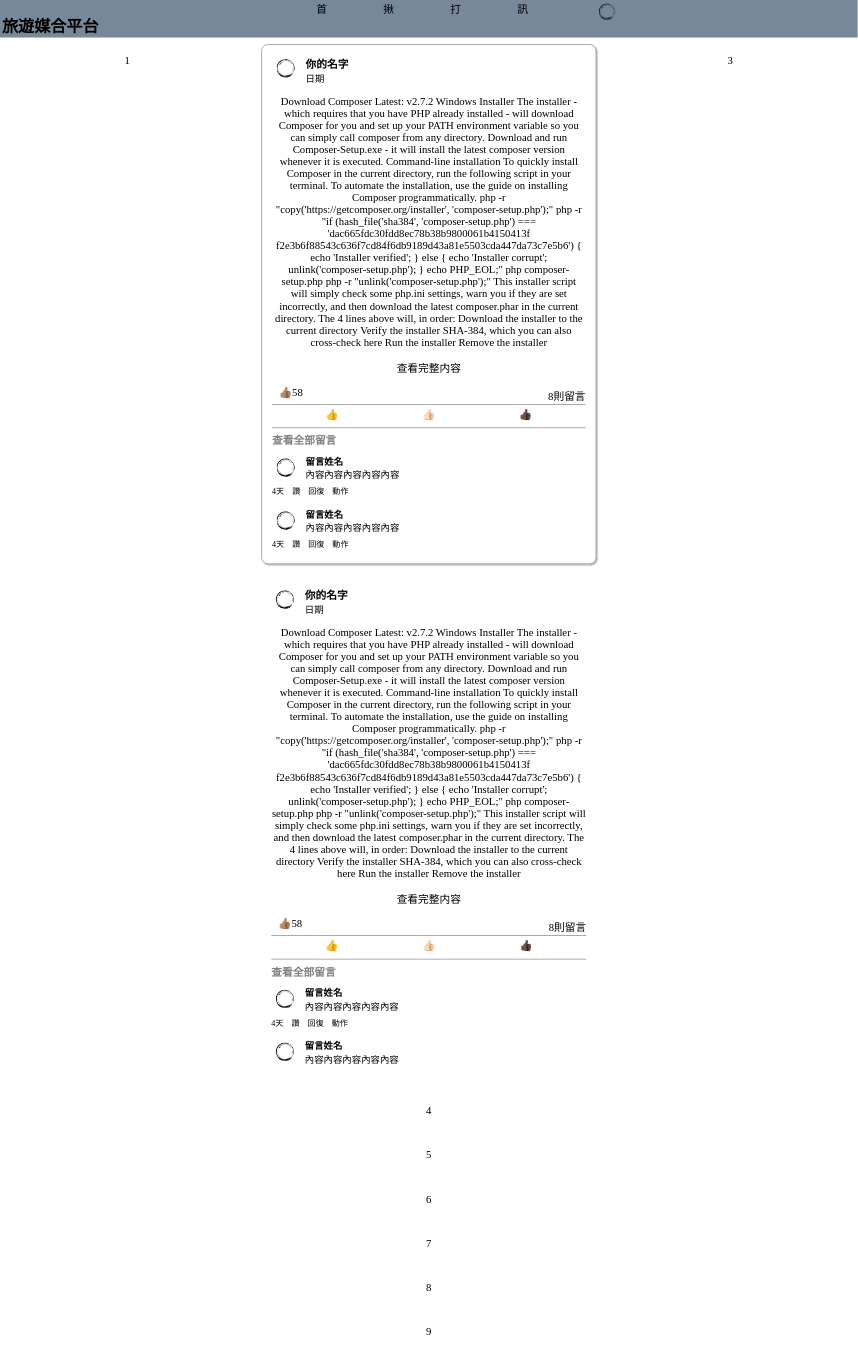
Repository: yuchiyang123/index_view
Page: http://localhost/
These files come from the project's save history. The page is drawn as it stood at one moment and after the next save; the edit follows.
The browser window is 1280 px wide. The pictures show the whole page, at 67% of full size.
The page is run by PHP 8.4 with error messages shown; the project is at /var/www/html/.

Above is the page before, as saved 2024-03-27 17:57:59.

### index.php
<style>

body {
    display: block;
    margin: 0; /* 设置 margin 为 0 */
}
.grid-container {

  display: grid;
  grid-template-columns: auto 500px auto;
  grid-template-rows:auto;
  grid-gap: 10px;
  grid-template-areas:
    "A B C";

}

.grid-item {
    padding: 15px;
    text-align: center;

}
.cut{
    border: 1px solid gray;
    border-radius: 10px;
    box-shadow: 2px 2px 2px rgba(0, 0, 0, 0.3);
}
.first{
    grid-area: A;
    min-height: 800px;
}
.end{
    grid-area: C;
}
.mid{
    grid-area: B;

    grid-gap: 10px;
}
.limt{
    min-height: 350px;
}
.inner-grid {
    display: inline-grid;
    width: 30%;
    transition: background-color 0.3s;
    padding-top: 5px;
    padding-bottom: 10px;
    text-align: center;
}
.inner-grid:hover {
    background-color: rgba(128, 128, 128, 0.4);
}
.line{
    border-top: 1px solid gray;
    border-bottom: 1px solid gray;
}
.respond{

    padding-bottom: 8px;
    text-align: left;
    padding-left:10px;
}
.respond > div {
    display: inline-block;
}
.message{
    text-align: right;
}
.respond, .message {
    display: inline-block;
}
.container {
    display: flex;
    justify-content: space-between;
    align-items: center;
}

.popup {
    display: none;
    position: fixed;
    top: 50%;
    left: 50%;
    transform: translate(-50%, -50%);
    width: 500px;
    padding: 20px;
    background-color: #fff;
    z-index: 9998;
    max-width: 500px;
    max-height: 800px;
    overflow-y: auto;

}

.trigger a {
    cursor: pointer;
}

.blur-background {
    filter: blur(0px);
}
.box{

}
.imgsize{
    width: 40px;
    height: auto;

}

.image-container {
    float: left;
    margin-right: 10px;
}

.text-container {
    overflow: hidden;
}
.user{

    text-align: left;
    font-weight: bold;

}
.date{
    font-size: 14px;
    text-align: left;
}
a{
    text-decoration: none;
    color: black;
}
.overlay {
    display: none;
    position: fixed;
    top: 0;
    left: 0;
    width: 100%;
    height: 100%;
    background-color: rgba(0, 0, 0, 0.5);
    z-index: 9997;
  }
  .SeeAllMessage{
    padding-top: 5px;
    text-align: left;
  }
  .SeeAllMessage a{
    text-align: left;
    color: gray;
    font-weight: bold;
  }
  .LeaveMessage{
    margin-top: 10px;
    padding-bottom : 5px;

  }

  .LeaveMessageall{
    border-radius: 5px;
    display: block;

  }
  .LeaveMessageUsernameIMG{
    width: 40px;
    height: auto;
    background-color:#ffffff;
    padding-bottom: 6px;

  }
  .LeaveMessageimgdiv{
    float: left;
    margin-right: 10px;
    display: block;
  }
  .LeaveMessageUsername{
    text-align: left;
    font-size: 14px;
    font-weight: bold;
  }
  .LeaveMessageMain{
    text-align: left;
    font-size: 14px;
    padding-bottom: 6px;

  }
  .LeaveMessageAction{
    font-size: 12px;
    text-align: left;
  }
</style>
<html>
<body>
<?php
    include('header.php');
?>
  <div id="box" class="box">
    <div class="grid-container">

      <div class="grid-item"><div class="first">1</div></div>
      <div class="grid-item"><div class="end">3</div></div>
        <div class="mid">
        <div class="cut">
          <div class="grid-item">
            <div class="limt">
            <div class="image-container">
                <img src="img/2-1.png" class="imgsize">
                        </div>
                <div class="text-container">
                    <div class="user"><a href="#"><div><a href="#">你的名字</a></div></a></div>
                    <div class="date"><div><a href="#">日期</a></div></div>
                </div>
                <div class="clearfix"></div>
                <p class="main">
                Download Composer Latest: v2.7.2
                    Windows Installer
                    The installer - which requires that you have PHP already installed - will download Composer for you and set up your PATH environment variable so you can simply call composer from any directory.

                    Download and run Composer-Setup.exe - it will install the latest composer version whenever it is executed.

                    Command-line installation
                    To quickly install Composer in the current directory, run the following script in your terminal. To automate the installation, use the guide on installing Composer programmatically.

                    php -r "copy('https://getcomposer.org/installer', 'composer-setup.php');"
                    php -r "if (hash_file('sha384', 'composer-setup.php') === 'dac665fdc30fdd8ec78b38b9800061b4150413f
                    f2e3b6f88543c636f7cd84f6db9189d43a81e5503cda447da73c7e5b6') { echo 'Installer verified'; } else { echo 'Installer corrupt'; unlink('composer-setup.php'); } echo PHP_EOL;"
                    php composer-setup.php
                    php -r "unlink('composer-setup.php');"
                    This installer script will simply check some php.ini settings, warn you if they are set incorrectly, and then download the latest composer.phar in the current directory. The 4 lines above will, in order:

                    Download the installer to the current directory
                    Verify the installer SHA-384, which you can also cross-check here
                    Run the installer
                    Remove the installer<div class="trigger"><a href="#">查看完整内容</a></div>
                </p>
                <div class="container">
                    <div class="respond"><a href="#">👍🏽</a><div><a href="#">58</a></div></div>
                    <div class="message"><div><a href="#">8則留言</a></div></div>
                </div>
                <div class="line">
                    <div class="inner-grid">👍</div>
                    <div class="inner-grid">👍🏻</div>
                    <div class="inner-grid">👍🏿</div>
                </div>
                <div class="SeeAllMessage"><a href="#">查看全部留言</a></div>
                <div class="LeaveMessage">
                    <div><a href="#"></a></div>
                    <div>
                        <div class="LeaveMessageimgdiv">
                            <img src="img/2-1.png" class="LeaveMessageUsernameIMG">
                        </div>
                        <div class="LeaveMessageall">
                            <div class="LeaveMessageUsername">
                                留言姓名
                            </div>
                            <div class="LeaveMessageMain">
                                內容內容內容內容內容
                            </div>
                            <div class="LeaveMessageAction">
                                <a href="#">4天</a>&emsp;<a href="#">讚</a>&emsp;<a href="#">回復</a>&emsp;<a href="#">動作</a>
                            </div>
                        </div>

                    </div>
                </div>
                <div class="LeaveMessage">
                    <div><a href="#"></a></div>
                    <div>
                        <div class="LeaveMessageimgdiv">
                            <img src="img/2-1.png" class="LeaveMessageUsernameIMG">
                        </div>
                        <div class="LeaveMessageall">
                            <div class="LeaveMessageUsername">
                                留言姓名
                            </div>
                            <div class="LeaveMessageMain">
                                內容內容內容內容內容
                            </div>
                            <div class="LeaveMessageAction">
                                <a href="#">4天</a>&emsp;<a href="#">讚</a>&emsp;<a href="#">回復</a>&emsp;<a href="#">動作</a>
                            </div>
                        </div>

                    </div>
                </div>
            </div>
            </div>
        </div><br>
        <div class="mid">
          <div class="grid-item">
            <div class="limt">
            <div class="image-container">
                <img src="img/2-1.png" class="imgsize">
                        </div>
                <div class="text-container">
                    <div class="user"><a href="#"><div><a href="#">你的名字</a></div></a></div>
                    <div class="date"><div><a href="#">日期</a></div></div>
                </div>
                <div class="clearfix"></div>
                <p class="main">
                Download Composer Latest: v2.7.2
                    Windows Installer
                    The installer - which requires that you have PHP already installed - will download Composer for you and set up your PATH environment variable so you can simply call composer from any directory.

                    Download and run Composer-Setup.exe - it will install the latest composer version whenever it is executed.

                    Command-line installation
                    To quickly install Composer in the current directory, run the following script in your terminal. To automate the installation, use the guide on installing Composer programmatically.

                    php -r "copy('https://getcomposer.org/installer', 'composer-setup.php');"
                    php -r "if (hash_file('sha384', 'composer-setup.php') === 'dac665fdc30fdd8ec78b38b9800061b4150413f
                    f2e3b6f88543c636f7cd84f6db9189d43a81e5503cda447da73c7e5b6') { echo 'Installer verified'; } else { echo 'Installer corrupt'; unlink('composer-setup.php'); } echo PHP_EOL;"
                    php composer-setup.php
                    php -r "unlink('composer-setup.php');"
                    This installer script will simply check some php.ini settings, warn you if they are set incorrectly, and then download the latest composer.phar in the current directory. The 4 lines above will, in order:

                    Download the installer to the current directory
                    Verify the installer SHA-384, which you can also cross-check here
                    Run the installer
                    Remove the installer<div class="trigger"><a href="#">查看完整内容</a></div>
                </p>
                <div class="container">
                    <div class="respond"><a href="#">👍🏽</a><div><a href="#">58</a></div></div>
                    <div class="message"><div><a href="#">8則留言</a></div></div>
                </div>
                <div class="line">
                    <div class="inner-grid">👍</div>
                    <div class="inner-grid">👍🏻</div>
                    <div class="inner-grid">👍🏿</div>
                </div>
                <div class="SeeAllMessage"><a href="#">查看全部留言</a></div>
                <div class="LeaveMessage">
                    <div><a href="#"></a></div>
                    <div>
                        <div class="LeaveMessageimgdiv">
                            <img src="img/2-1.png" class="LeaveMessageUsernameIMG">
                        </div>
                        <div class="LeaveMessageall">
                            <div class="LeaveMessageUsername">
                                留言姓名
                            </div>
                            <div class="LeaveMessageMain">
                                內容內容內容內容內容
                            </div>
                            <div class="LeaveMessageAction">
                                <a href="#">4天</a>&emsp;<a href="#">讚</a>&emsp;<a href="#">回復</a>&emsp;<a href="#">動作</a>
                            </div>
                        </div>

                    </div>
                </div>
                <div class="LeaveMessage">
                    <div><a href="#"></a></div>
                    <div><div class="LeaveMessageimgdiv"><img src="img/2-1.png" class="LeaveMessageUsernameIMG"></div><div class="LeaveMessageUsername">留言姓名</div><div class="LeaveMessageMain">內容內容內容內容內容</div></div>
                </div>
            </div>
        </div><br>
          <div class="grid-item">4</div><br>
          <div class="grid-item">5</div><br>
          <div class="grid-item">6</div><br>
          <div class="grid-item">7</div><br>
          <div class="grid-item">8</div><br>
          <div class="grid-item">9</div>
          <div class="overlay" id="overlay"></div>
          <div id="popup" class="popup">
          <div class="mid">
        <div class="cut">
          <div class="grid-item">
            <div class="limt">
            <div class="image-container">
                <img src="img/2-1.png" class="imgsize">
                        </div>
                <div class="text-container">
                    <div class="user"><a href="#"><div><a href="#">你的名字</a></div></a></div>
                    <div class="date"><div><a href="#">日期</a></div></div>
                </div>
                <div class="clearfix"></div>
                <p class="main">
                Download Composer Latest: v2.7.2
                    Windows Installer
                    The installer - which requires that you have PHP already installed - will download Composer for you and set up your PATH environment variable so you can simply call composer from any directory.

                    Download and run Composer-Setup.exe - it will install the latest composer version whenever it is executed.

                    Command-line installation
                    To quickly install Composer in the current directory, run the following script in your terminal. To automate the installation, use the guide on installing Composer programmatically.

                    php -r "copy('https://getcomposer.org/installer', 'composer-setup.php');"
                    php -r "if (hash_file('sha384', 'composer-setup.php') === 'dac665fdc30fdd8ec78b38b9800061b4150413f
                    f2e3b6f88543c636f7cd84f6db9189d43a81e5503cda447da73c7e5b6') { echo 'Installer verified'; } else { echo 'Installer corrupt'; unlink('composer-setup.php'); } echo PHP_EOL;"
                    php composer-setup.php
                    php -r "unlink('composer-setup.php');"
                    This installer script will simply check some php.ini settings, warn you if they are set incorrectly, and then download the latest composer.phar in the current directory. The 4 lines above will, in order:

                    Download the installer to the current directory
                    Verify the installer SHA-384, which you can also cross-check here
                    Run the installer
                    Remove the installer<div class="trigger"><a href="#">查看完整内容</a></div>
                </p>
                <div class="container">
                    <div class="respond"><a href="#">👍🏽</a><div><a href="#">58</a></div></div>
                    <div class="message"><div><a href="#">8則留言</a></div></div>
                </div>
                <div class="line">
                    <div class="inner-grid">👍</div>
                    <div class="inner-grid">👍🏻</div>
                    <div class="inner-grid">👍🏿</div>
                </div>
                <div class="SeeAllMessage"><a href="#">查看全部留言</a></div>
                <div class="LeaveMessage">
                    <div><a href="#"></a></div>
                    <div>
                        <div class="LeaveMessageimgdiv">
                            <img src="img/2-1.png" class="LeaveMessageUsernameIMG">
                        </div>
                        <div class="LeaveMessageall">
                            <div class="LeaveMessageUsername">
                                留言姓名
                            </div>
                            <div class="LeaveMessageMain">
                                內容內容內容內容內容
                            </div>
                            <div class="LeaveMessageAction">
                                <a href="#">4天</a>&emsp;<a href="#">讚</a>&emsp;<a href="#">回復</a>&emsp;<a href="#">動作</a>
                            </div>
                        </div>

                    </div>
                </div>
                <div class="LeaveMessage">
                    <div><a href="#"></a></div>
                    <div>
                        <div class="LeaveMessageimgdiv">
                            <img src="img/2-1.png" class="LeaveMessageUsernameIMG">
                        </div>
                        <div class="LeaveMessageall">
                            <div class="LeaveMessageUsername">
                                留言姓名
                            </div>
                            <div class="LeaveMessageMain">
                                內容內容內容內容內容
                            </div>
                            <div class="LeaveMessageAction">
                                <a href="#">4天</a>&emsp;<a href="#">讚</a>&emsp;<a href="#">回復</a>&emsp;<a href="#">動作</a>
                            </div>
                        </div>

                    </div>
                </div>
                <div class="LeaveMessage">
                    <div><a href="#"></a></div>
                    <div>
                        <div class="LeaveMessageimgdiv">
                            <img src="img/2-1.png" class="LeaveMessageUsernameIMG">
                        </div>
                        <div class="LeaveMessageall">
                            <div class="LeaveMessageUsername">
                                留言姓名
                            </div>
                            <div class="LeaveMessageMain">
                                內容內容內容內容內容
                            </div>
                            <div class="LeaveMessageAction">
                                <a href="#">4天</a>&emsp;<a href="#">讚</a>&emsp;<a href="#">回復</a>&emsp;<a href="#">動作</a>
                            </div>
                        </div>

                    </div>
                </div><div class="LeaveMessage">
                    <div><a href="#"></a></div>
                    <div>
                        <div class="LeaveMessageimgdiv">
                            <img src="img/2-1.png" class="LeaveMessageUsernameIMG">
                        </div>
                        <div class="LeaveMessageall">
                            <div class="LeaveMessageUsername">
                                留言姓名
                            </div>
                            <div class="LeaveMessageMain">
                                內容內容內容內容內容
                            </div>
                            <div class="LeaveMessageAction">
                                <a href="#">4天</a>&emsp;<a href="#">讚</a>&emsp;<a href="#">回復</a>&emsp;<a href="#">動作</a>
                            </div>
                        </div>

                    </div>
                </div>
                <div class="LeaveMessage">
                    <div><a href="#"></a></div>
                    <div>
                        <div class="LeaveMessageimgdiv">
                            <img src="img/2-1.png" class="LeaveMessageUsernameIMG">
                        </div>
                        <div class="LeaveMessageall">
                            <div class="LeaveMessageUsername">
                                留言姓名
                            </div>
                            <div class="LeaveMessageMain">
                                內容內容內容內容內容
                            </div>
                            <div class="LeaveMessageAction">
                                <a href="#">4天</a>&emsp;<a href="#">讚</a>&emsp;<a href="#">回復</a>&emsp;<a href="#">動作</a>
                            </div>
                        </div>

                    </div>
                </div>
            </div>
            </div>
        </div><br>
            <!--div class="close"><a href="#">关闭</a></div-->
        </div>
        </div>


        </div>
    </div>
  </div>
  <script>
    var overlay = document.getElementById('overlay');
    var trigger = document.querySelector('.trigger a');
    var popup = document.getElementById('popup');
    var header = document.querySelector('.header');
    trigger.addEventListener('click', function(event) {
        event.preventDefault();
        popup.style.display = 'block';
        header.style.backgroundColor = 'rgba(0, 0, 0, 0.000001)';
        overlay.style.display = 'block';
        popup.style.border = '1px solid gray';
        popup.style.boxShadow = '0px 0px 15px rgba(0, 0, 0, 0.7)';
        /*
        document.body.classList.add('blur-background');
        popup.style.filter = 'none';// 移除 body 元素的模糊效果*/
    });
    var closeBtn = document.querySelector('.close a');
    /*
    closeBtn.addEventListener('click', function(event) {
        event.preventDefault();
        popup.style.display = 'none';
        popup.style.boxShadow = 'none';
    });
    */
    overlay.addEventListener('click', function(event) {
        event.preventDefault();
        event.stopPropagation();
        popup.style.display = 'none';
        overlay.style.display = 'none' ;
        popup.style.boxShadow = 'none';
        header.style.backgroundColor = '#ffffff';
    });
  </script>
</body>
</html>

### header.php
<script type="module" src="https://unpkg.com/ionicons@7.1.0/dist/ionicons/ionicons.esm.js"></script>
<script nomodule src="https://unpkg.com/ionicons@7.1.0/dist/ionicons/ionicons.js"></script>
<style>
   .header {
    position: sticky; /* 将标题栏固定在容器内 */
    top: 0; /* 将标题栏固定在容器的顶部 */
    z-index: 9999; /* 确保标题栏位于其他内容的上层 */
    /* 其他样式，例如背景颜色、文本样式等 */
    grid-area: header;
    background-color: lightslategray;
    width: 100%; /* 设置标题栏的宽度为100%，使其填满整个屏幕 */
    height: 56px;
    margin-bottom: 10px;
    box-sizing: border-box;
}
ion-icon {
  font-size: 35px;
}
.profileimg{
    width: 35px;
    height: auto;
}

.headerdiv{
    display: grid;
    grid-template-columns: 150px auto repeat(4, 100px) 50px 50px auto 70px;

    grid-template-rows: auto;
    text-align:center;
}

</style>
<header class="header">
    <div >
        <div class="headerdiv">
            <div>
                <h2>旅遊媒合平台</h2>
            </div>
            <div ></div>
            <div>
                首
            </div>
            <div>
                揪
            </div>
            <div>
                打
            </div>
            <div>
                訊
            </div>
            <div ></div>
            <div>
                <img src="img/2-1.png" class="profileimg">
            </div>
        </div>
    </div>
</header>

After the next save:
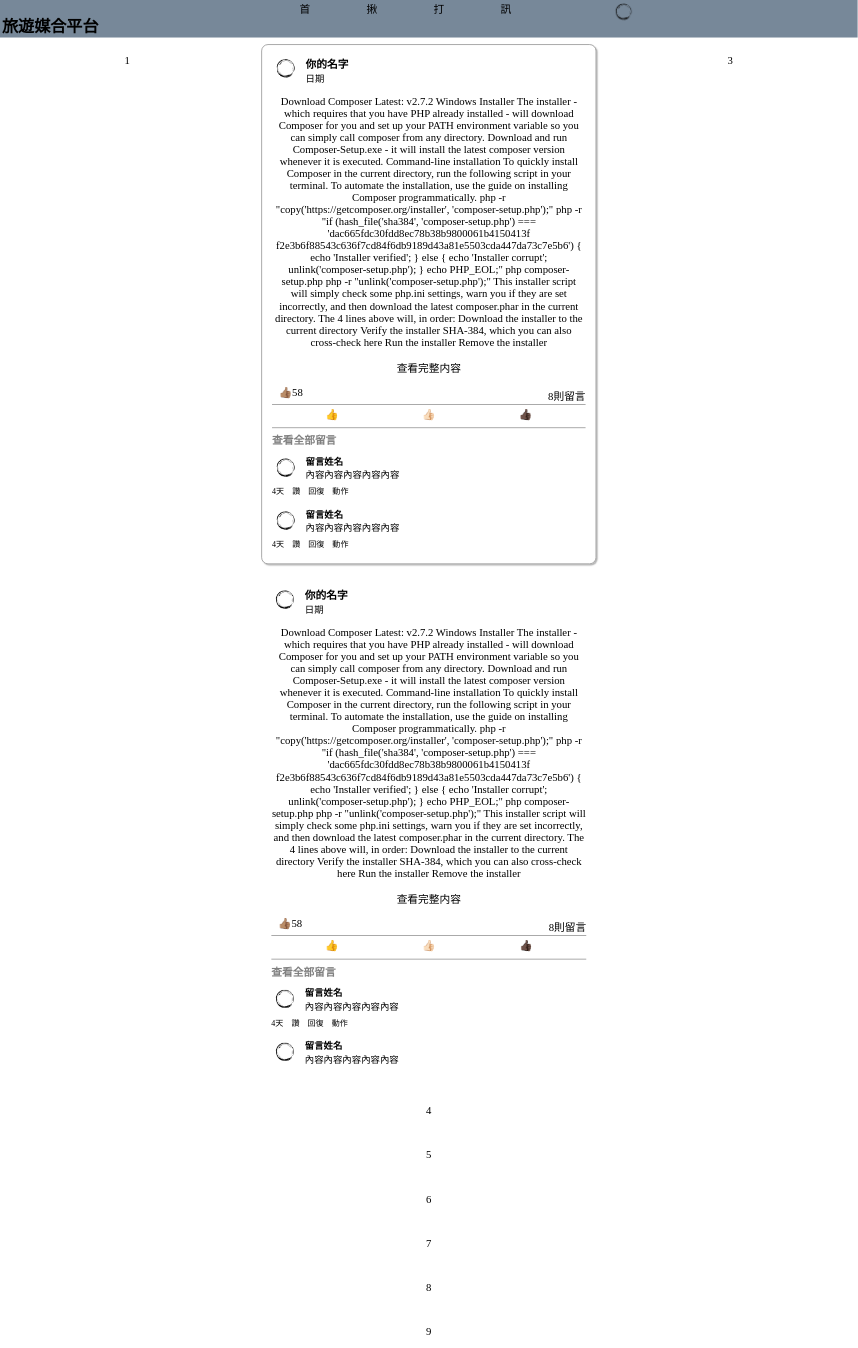
Saved 18 s later.
--- a/header.php
+++ b/header.php
@@ -23,7 +23,7 @@ ion-icon {
 
 .headerdiv{
     display: grid;
-    grid-template-columns: 150px auto repeat(4, 100px) 50px 50px auto 70px;
+    grid-template-columns: 150px auto repeat(4, 100px) 100px 50px auto 70px;
 
     grid-template-rows: auto;
     text-align:center;
